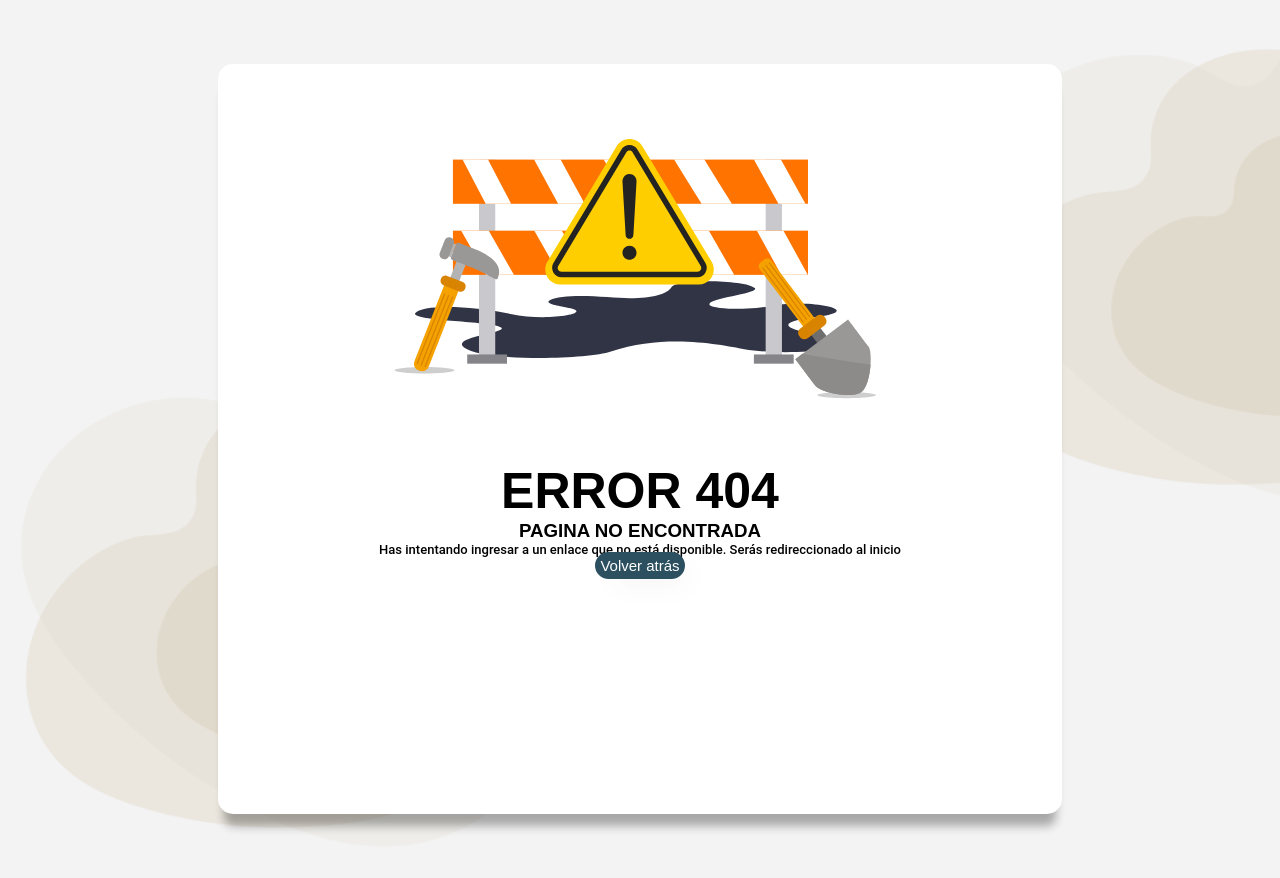
Repository: AlejandraBarrachina23/TPIntegrador_Barrachina_Java
Page: http://localhost/Alejandra_Barrachina_TP_Integrador1/error404.jsp
An editor plug-in stored every save of this project. The page is shown before and after the next save, followed by the edit.
The browser window is 1280 px wide. The pictures show the whole page.
Some web libraries are served in a nearby version. The page is served by Tomcat 9. Nobody is signed in. The application's start-up code is not run. Other server files are loaded and not shown.

Above is the page before, as saved 2019-12-04 22:20:30.

### Alejandra_Barrachina_TP_Integrador1/WebContent/error404.jsp

<%@ page language="java" contentType="text/html; charset=ISO-8859-1"
    pageEncoding="ISO-8859-1"%>
<!DOCTYPE html>
<html>
<head>
<meta charset="ISO-8859-1">

<script src="https://kit.fontawesome.com/735f5623c2.js" crossorigin="anonymous"></script>
<link href="estilos.css" type="text/css" rel=stylesheet>
</head>
<body>

<div id="error-404">
		<img src="img/404.svg" alt="icono-advertencia" class="">
		<h2>ERROR 404</h2>
		<h3>PAGINA NO ENCONTRADA</h3>
		<p>Has intentando ingresar a un enlace que no está disponible. Serás redireccionado al inicio</p>
		<a href="javascript:window.history.back();"> Volver atrás</a>
</div>

<script>



</script>
</body>
</html>

### Alejandra_Barrachina_TP_Integrador1/WebContent/estilos.css
@charset "ISO-8859-1";


* {
	padding:0px;
	margin:0px;
	border:0px;
}

body {
		background-color:#f3f3f3;
		background-image: url(iconos/fondo.png);
		background-repeat: no-repeat;
 		background-size: cover;

}


/*=============================================================
      FORMULARIO LOGIN
 ============================================================== */

 #error-404 {

 	background-color:#fff;
 	width:65;
 	height:750px;;
 	margin	: 5% 17%;
 	box-shadow: 0px 18px 10px -6px rgba(0,0,0,0.31);
 	text-align:center;
 	font-family: 'Francois One', sans-serif;
 	border-radius: 15px;

 }

 #error-404 a{
 	background-color: #2C5060;
	color:white;
	width:35%;
	font-size:15px;
	border-style:none;
	padding:5px;
	border-radius: 15px;
	border: 0px solid #000000;
	box-shadow: 10px 10px 25px -13px rgba(0,0,0,0.75);

 }

  #error-404 img {

  width:70%;

  }

  #error-404 h2 {

  font-size:50px;
  }

 #form-login {

	width:65%;
 	margin	: 5% 17%;

}

#form-login-right, #form-login-left {


	height:750px;
	float:left;
	background-color:#F9FBFC;

}

#form-login-left {

	width:65%;
	border-top-left-radius: 20px;
	border-bottom-left-radius: 20px;
	box-shadow: 0px 18px 10px -6px rgba(0,0,0,0.31);
	opacity:0.9;
}

#form-login-left img {

	width:90%;
	padding	: 10% 5%;

}

#form-login-right {

	width:33%;
	border-top-right-radius: 20px;
	border-bottom-right-radius: 20px;
	box-shadow: 13px 14px 10px -6px rgba(0,0,0,0.31);
	opacity:0.8;

}


h1 {

		font-size:50px;
		font-family: 'Bebas Neue', cursive;
		color:#2C5060;
		margin-top:30%;
		text-align:center;
}

p, #form-login-right a {

	font-family: 'Roboto', sans-serif;
	font-weight: 500;
	font-size: 13px;
	color:black;
	text-align:center;
}

.text-box {

	border-bottom: 1px solid black;
	width:250px;
	text-align: center;
	margin-left:12%;
}

.text-box i {

	float:left;
	color: #2C5060;
	padding:7px;
}

#form-login-right [type="text"], #form-login-right [type="password"]{

	padding:5px;
	width:180px;
	border:none;
	outline:none;
	background-color:#FAFCFD;
	font-family: 'Oswald', sans-serif;

}

.main-button {

	background-color: #2C5060;
	color:white;
	width:35%;
	font-size:15px;
	border-style:none;
	padding:5px;
	border-radius: 15px;
	border: 0px solid #000000;
	box-shadow: 10px 10px 25px -13px rgba(0,0,0,0.75);
	font-family: 'Oswald', sans-serif;
	margin-left: 50%;

}

.main-button:hover {

	background-color: #1a6373;
}

.iconos-redes {

	width:5%;

}


#login-informacion {

	width:90%;
	padding:5%;

}


#login-informacion a{

	font-family: 'Oswald', sans-serif;
	font-size:15px;
	margin-left:48%;
}

#login-contacto{

	margin-top:50%;
	text-align:center;
}


#login-contacto p {

	font-size:18px;
	font-family: 'Oswald', sans-serif;

}

#login-recuperacion{

	padding-top:20%;
	text-align:center;

}

.restart-button{

	background-color: #2C5060;
	color:white;
	width:35%;
	font-size:15px;
	border-style:none;
	padding:5px;
	border-radius: 15px;
	border: 0px solid #000000;
	box-shadow: 10px 10px 25px -13px rgba(0,0,0,0.75);
	font-family: 'Oswald', sans-serif;

}

#form-advertencia {

	width:100%;
	text-align:center;
	margin-top:50%;
	color:#E16C78;
	font-family: 'Oswald', sans-serif;

}

.icono-advertencia{

	margin-top:15%;
	padding:2%;
	width:30%;
	margin: 0 auto;

}

#form-advertencia p {

	color:#E16C78;
	font-size: 15px;
}

.blue{

	color:#30A9E3;
}


 /*=======================
      FORMULARIO INDEX
 ========================= */

 .section-principal{

	float:left;
	height:1100px;
	width:90%;
	background-color:#f3f3f3;
	color:black;
	text-align:center;
	margin-left:10%;
}

.section-principal select {

	font-family: 'Oswald', sans-serif;
	border:1px solid black;
	margin:5px;
	padding:2px;
	color:black;
}

.section-principal input{

	width:15%;
	padding:5px;
	border:1px solid black;
	font-family: 'Oswald', sans-serif;
}

.section-principal label{

	font-size:18px;
	font-family: 'Oswald', sans-serif;

}

.section-principal a{

	color:black;

}


nav {

	background-color:#2C5060;
	font-family: 'Francois One', sans-serif;
	width:10%;
	height:950px;
	font-size:15px;
	float:left;
	position:fixed;

}

 ul {

	list-sytle: none;
	width:100%;
}

a {

	text-decoration:none;
	color:white;

}

li:hover {

	border-left: solid 4px #2896BC;
	background-color: #2F5866;
	transition: background-color 0.3s;
	transition: border 0.3s;

}

ul li {

	border-left: solid 4px #2C5060;
	font-family: 'Oswald', sans-serif;
	padding:15px;
	border-bottom: 1px solid #2D5C6D;


}

.icon{

	width:13%;
	padding-right:5px;

}


#icon-usuario{

	width:40%;
}

li .icon{

	float:left;

}


#user {

	width:100%;
	margin-top:40%;
	text-align:center;
	padding: 10% 0%;
	border-bottom: 1px solid #2D5C6D;

}

#user h2{

	color:#fff;

}

#user p, #header-user p {

	font-size:15px;
	color:#fff;
	padding:8px;
	font-family: 'Oswald', sans-serif;
}

 /*=======================
      FORMULARIO ALUMNOS
 ========================= */


#logo{

	width:30%;
	height:150px;
	border-bottom: 1px solid white;
	color:white;
	text-align:center;
	margin-top:30px;
}

#alumnos-principal {

	background-color:#fff;
	width:83%;
	margin-left: 200px;
	height:300px;
	box-shadow: 10px 10px 25px -13px rgba(0,0,0,0.75);

}

#form-agregar-usuario {

	background-color: white;
	width:95%;
	height:200px;
	margin:20px;
	padding:10px;
	box-shadow: 10px 10px 25px -13px rgba(0,0,0,0.75);
	display: none;


}

#form-listado-alumnos,#form-cursos,#form-listado-calificaciones {

	background-color: white;
	width:97%;
	height:970px;
	margin:20px;
	padding:10px;
	box-shadow: 10px 10px 25px -13px rgba(0,0,0,0.75);

}

#form-cursos{

	background-color:#f3f3f3;
	box-shadow: none;
}

#btn-flecha {

	background-image: url("iconos/flecha.png");
	background-repeat: no-repeat;
	width:25px;
	height:25px;
	background-color:#2C5060;
	border: 0;
	float:right;

}

.dato {

	float:left;
	margin: 10px;
	width:23%;


}

.dato input {

		width: 200px;
		background: #f3f3f3;
		font: inherit;
		box-shadow: 0 6px 10px 0 rgba(0, 0, 0 , .1);
		border: 0;
		outline: 0;
		padding: 8px;

}

.encabezados {

	background-color:#2C5060;
	color:white;
	padding:10px;
	margin:10px;
	font-family: 'Oswald', sans-serif;

}



h3 {

	display:inline;

}

label {

	color:#2C5060;
	font-family: 'Open Sans', sans-serif;
	font-weight: 600;
	font-size: 10px;
}

.flecha {

	float:right;
}

.content-table{

	border-collapse:collapse;
	margin:20px 10px;
	font-size:0.9em;
	width:99%;
	min-width:600px;
	box-shadow: 7px 9px 23px -13px rgba(0,0,0,0.93);
	font-family: 'Roboto', sans-serif;

}

.content-table-cursos{

	border-collapse:collapse;
	margin:20px 10px;
	font-size:0.9em;
	width:50%;
	min-width:600px;
	box-shadow: 7px 9px 23px -13px rgba(0,0,0,0.93);
	font-family: 'Roboto', sans-serif;
}

.content-table th, .content-table-cursos {

	background-color:#2C5060;
	color:white;
	font-weight: 600;
	padding:12px;



}

.content-table tr,
.content-table td {

	padding:5px 5px;

}

.content-table td {

	border-bottom: 1px solid #dddddd;

}

.content-table tr:nth-of-type(even) {

	background-color:#f3f3f3;

}

.content-table tr:last-of-type {

	border-bottom: 3px solid #2C5060;

}

.content-table-cursos .content-fileter{

	width:50%;

}

.content-filter {

	background-color:#f3f3f3;
	width:100%;
	text-align:center;
	padding:10px;


}

.pie-pagina{

	float:left;
	margin-top:20px;
	text-align:right;
	width:100%;
}

 /*=======================
      FORMULARIO ALUMNOS
 ========================= */

#section-index{

	float:left;
	height:900px;
	width:100%;
	margin:1px 1px;
	text-align:center;

}

#index-encabezado{

	background-color:#2C5060;
	text-align:center;
	height:295px;
	width:100%;

}

#section-index img {

	width:50%;

}

#index-descripcion {

	box-shadow: 10px 10px 25px -13px rgba(0,0,0,0.75);
	font-family: 'Roboto', sans-serif;
	background-color:#fff;
}


#index-descripcion-encabezado{

	text-align:center;
	background-color:#fff;

}

#index-descripcion-encabezado img{

	width:50%;

}

#index-descripcion-encabezado h2{

	font-size:50px;
	font-family: 'Francois One', sans-serif;
	color:#2C5060;

}

#index-descripcion-encabezado p{

	font-size:15px;
	font-family: 'Francois One', sans-serif;
	color:#2C5060;

}

#index-descripcion-contenido{

	text-align:center;
	height:430px;
	padding-left:220px;
}

#index-descripcion-contenido-profesores{


	height:430px;
	width:100%;


}

#index-descripcion-contenido-profesores .index-item-descripcion{

	width:18%;
	height:300px;
	float:left;
	margin-left:40%;

}

.index-item-descripcion {

	width:18%;
	height:300px;
	float:left;
	margin:30px;

}

.index-item-descripcion img {

	width:40%;
	padding:0% 20%;
	margin:0% 5%;
}

.index-item-descripcion h3 {

	font-size:25px;
	font-family: 'Oswald', sans-serif;

}

.index-item-descripcion p {

	font-size:15px;

}

.btn-index {

	padding:10px;
	margin:10px 38px;
	background-color: #2C5060;
	font-family: 'Oswald', sans-serif;
	font-size:20px;
	color:#fff;
	width:60%;
	box-shadow: 10px 10px 25px -13px rgba(0,0,0,0.75);
	float:left;
	text-align:center;

}

.modal-fondo {

	background: rgba(0,0,0,0.3);
	position:fixed;
	top:0;
	bottom:0;
	left:0;
	right:0;
	display:flex;
	align-items:center;
	justify-content:center;
	visibility:hidden;

}

.modal-fondo.active{

	visibility:visible;
}

.modal-contenido {

	background-color:#fff;
	box-shadow: 10px 10px 25px -13px rgba(0,0,0,0.75);
	width:20%;
	border: 3px solid #2C5060;
	padding-bottom: 15px;
}

.modal-contenido .btn-modal {

	width:30%;
	color:white;
	background-color: #2C5060;
	font-size:20px;
	padding:5px;
	margin:5px;

}

.modal-contenido [type="text"] {

	width:70%;
	font-size: 13px;
	margin-bottom:15px;

}

.modal-contenido h3 {

	font-size: 20px;
	font-family: 'Oswald', sans-serif;
	background-color:#2C5060;
	display:block;
	color:#fff;
	padding:8px;

}

.modal-contenido label {

	font-size: 15px;
	font-family: 'Roboto', sans-serif;
}

.modal-contenido select, .modal-contenido [type="date"], .modal-contenido [type="email"], .modal-contenido [type="number"] {

	font-family: 'Oswald', sans-serif;
	border:1px solid black;
	margin:5px;
	padding:2px;
	width:74%;
	padding:1%;
	color:black;

}

.modal-contenido [type="date"], .modal-contenido [type="email"], .modal-contenido [type="number"]{

	width:71%;

}

.opciones {

	color:black;
	background-color:#fff;

}

.btnFormulario {

	width:12%;
	padding:10px;
	font-size: 15px;
	font-family: 'Oswald', sans-serif;
	border-radius: 8px;
	background-color:#2C5060;
	color:white;
	float:right;
	border:0;
	margin:8px;
}

td .btn-modificar {

	width:22%;
	height:32px;
	background-image:url(iconos/modificar.png);
	background-repeat: no-repeat;
	border:none;
	background-color:inherit;
}

td .btn-eliminar {

	width:22%;
	height:32px;
	background-image:url(iconos/borrar.png);
	background-repeat: no-repeat;
	border:none;
	background-color:inherit;

}

td .btn-mostrar {

	width:12%;
	height:32px;
	background-color:blue;
	background-image:url(iconos/mostrar.png);
	background-repeat: no-repeat;
	border:none;
	background-color:inherit;
}

td .btn-calificaciones {

	width:12%;
	height:32px;
	background-image:url(iconos/notas.png);
	background-repeat: no-repeat;
	border:none;
	background-color:inherit;
}

/*=============================================================
      FORMULARIO CURSOS
 ============================================================== */

#form-curso-izquierda{

	background-color: #fff;
	width:38%;
	float:left;
	color:black;
	padding:0px 5%;
	box-shadow: 10px 10px 25px -13px rgba(0,0,0,0.75);
}

#form-curso-derecha{

	width:38%;
	float:left;
	box-shadow: 10px 10px 25px -13px rgba(0,0,0,0.75);
	padding:5px 5%;
	margin-left:2%;
	background-color:#fff;

}

#form-curso-izquierda [type="text"], #form-curso-izquierda select{

	padding:5px;
	width:180px;
	background-color:#FAFCFD;
	font-family: 'Roboto', sans-serif;
	font-size: 12px;
	color:black;

}

#form-curso-izquierda label {

	font-size:18px;
	display: block;
	witdh:20px;
}

.form-cursos-encabezado-izquierda{

	background-color: #2C5060;
	width:100%;
	margin: 20px 0px;
	padding:1px;


}

.form-cursos-encabezado-izquierda h2{

	color:white;
	padding:2px;
	font-family: 'Oswald', sans-serif;
}

#form-curso-derecha #listado-alumnos {

	text-align:center;
	width:100%;

}

#form-curso-derecha #listado-alumnos li {

	font-size:15px;
	padding:0;
	width:20%;
	border:none;
	background-color:none;
	margin-left:40%;
	list-style: none;



}

#form-curso-derecha #listado-alumnos li:hover {

	background-color:white;
}

/*=============================================================
      FORMULARIO CALIFICACIONES
 ============================================================== */

.busqueda-califaciones{

	width:98%;
	margin:1%;
	box-shadow: 0px 18px 10px -6px rgba(0,0,0,0.31);
	background-color:#fff;
	padding-bottom:2%;

}

.busqueda-califaciones h2{

	width:99%;
	background-color:blue;
	color:#fff;
	background-color:#2C5060;
	font-family: 'Oswald', sans-serif;
	padding:0.5%;
	margin-bottom:1%;

}

#form-listado-calificaciones h2{

	color:#fff;
	background-color:#2C5060;
	font-family: 'Oswald', sans-serif;
	width:99%;
	padding:0.5%;

}


/*=============================================================
      FORMULARIO REPORTES
 ============================================================== */


#form-reportes{

	background-color: #f3f3f3;
	width:97%;
	height:970px;
	margin:20px;
	padding:10px;

}

#form-reportes-fila-uno{

	width:85%;
	height:250px;
	padding-left: 15%;

}

.fila-uno-items{

	width:15%;
	height:190px;
	float:left;
	margin:1%;
	box-shadow: 0px 18px 10px -6px rgba(0,0,0,0.31);
	background-color:#fff;
	padding:1%;
	border-radius:10px;

}

.fila-uno-items img {

	width:40%;
	padding:3%;


}

.fila-uno-items h2 {

	font-family: 'Oswald', sans-serif;
	font-size:20px;

}

.fila-uno-items p {

	font-size:25px;
	font-family: 'Francois One', sans-serif;
	color:#2C5060;

}

.fila-uno-items-pie{

	padding:2%;
	margin-left:25%;
}

.fila-uno-items-pie img {

	width:12%;
	float:left;
}


.fila-uno-items-pie p {

	font-size:20px;
	float:left;

}

#form-reportes-fila-dos{

	width:100%;
	margin-top:3%;
	height:500px;


}

.form-reportes-graficos{

	width:25%;
	background-color:#fff;
	float:left;
	box-shadow: 0px 18px 10px -6px rgba(0,0,0,0.31);
	margin:3% 1%;
	padding:3%;
	border-radius:5px;
}

.form-reportes-graficos h3 {

	font-family: 'Oswald', sans-serif;
	margin:5%;
}

#form-reportes-fila-dos h2, #form-reportes-fila-tres h2{

	font-family: 'Oswald', sans-serif;
	background-color:#2C5060;
	color:white;
	width:99.5%;
	padding:0.5%;

}

.fila-uno-items-pie{

	border-top: 1px solid #f3f3f3;

}

#form-reportes-fila-tres {

	width:100%;
	heigth:300px;

}

.reporte-fila-tres-promedio{

	width:39%;
	float:left;
	text-align:center;
	margin:0.5%;
	background-color:#fff;
	box-shadow: 0px 18px 10px -6px rgba(0,0,0,0.31);
	padding:0.5% 5%;

}

.reporte-fila-tres-promedio h3{

	font-family: 'Oswald', sans-serif;
}

#form-reportes-fila-tres .content-table {

	width:100%;
	float:left;
	padding:20px;
	margin:3% 6%;

}

.resultado-busqueda{

	width:98%;
	heigth:500px;
	background-color:#fff;
	overflow:hidden;
	margin-left:1%;
}

.resultado-busqueda-asistencias{

	width:98%;
	heigth:500px;
	overflow:hidden;
	margin-left:1%;

}

.tabla-resultado-busqueda{

	width:60%;
	float:left;
	margin: 1% 20%;

}

.resultado-busqueda-asistencias .tabla-resultado-busqueda{

	width:30%;
	float:left;
	margin: 1% 20%;
}


.titulos {

	background-color:#2C5060;
	color:#fff;
	padding:0.5%;
	font-family: 'Oswald', sans-serif;

}

.form-reportes-graficos-asistencias{

	width:30%;
}


.form-reportes-graficos-asistencias h3{

	font-family: 'Oswald', sans-serif;
}

.resultado-busqueda-asistencias .graficos-resultado-busqueda .form-reportes-graficos-asistencias{

	margin-left:35%;
	margin-top:1%;
}

.resultado-busqueda-asistencias .tabla-resultado-busqueda{

	margin-left:32%;
	margin-top:1%;
}

Loaded but not shown: Alejandra_Barrachina_TP_Integrador1/WebContent/img/404.svg (5837 lines, source omitted)

After the next save:
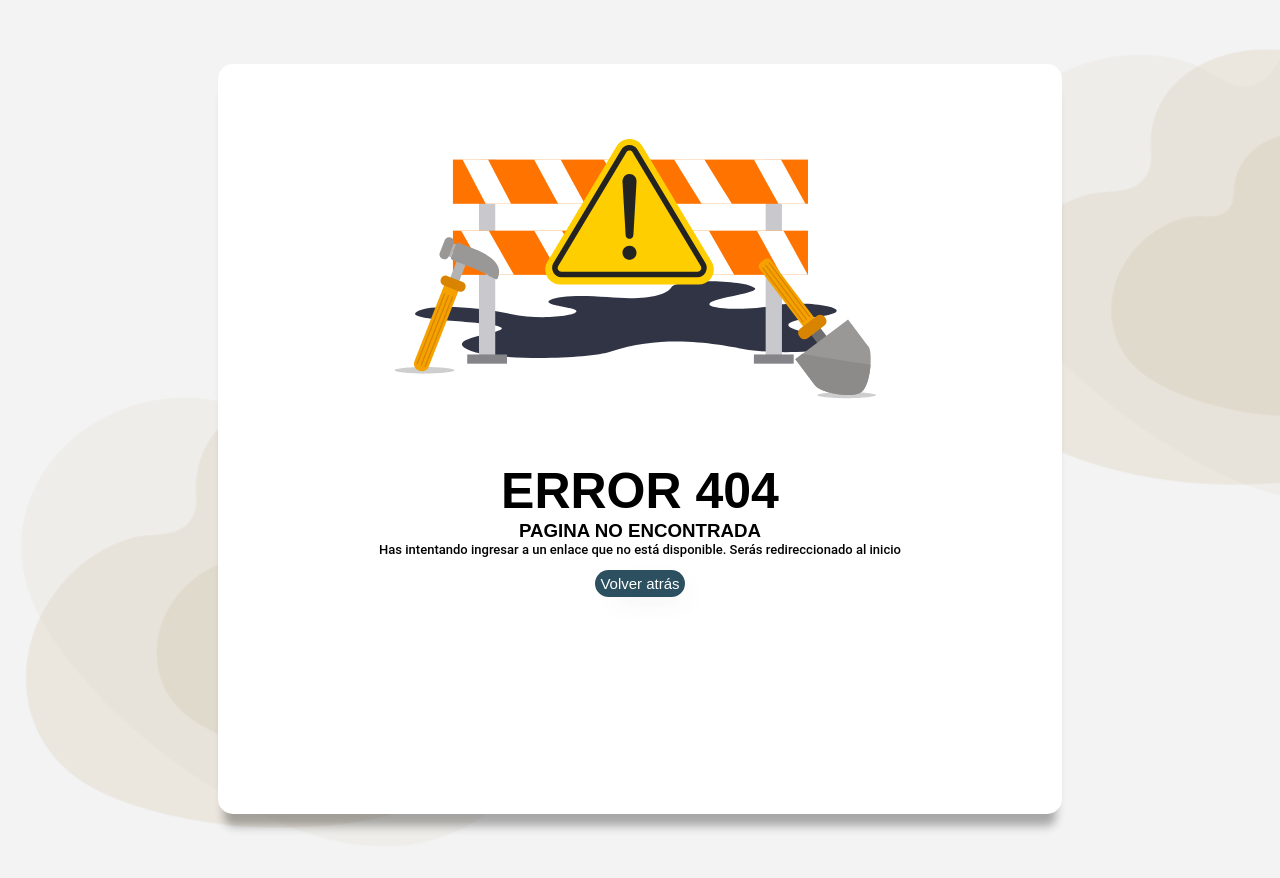
Saved 56 s later.
--- a/Alejandra_Barrachina_TP_Integrador1/WebContent/error404.jsp
+++ b/Alejandra_Barrachina_TP_Integrador1/WebContent/error404.jsp
@@ -15,7 +15,7 @@
 		<img src="img/404.svg" alt="icono-advertencia" class="">
 		<h2>ERROR 404</h2>
 		<h3>PAGINA NO ENCONTRADA</h3>
-		<p>Has intentando ingresar a un enlace que no está disponible. Serás redireccionado al inicio</p>
+		<p>Has intentando ingresar a un enlace que no está disponible. Serás redireccionado al inicio</p><br>
 		<a href="javascript:window.history.back();"> Volver atrás</a>
 </div>
 

After the save that followed:
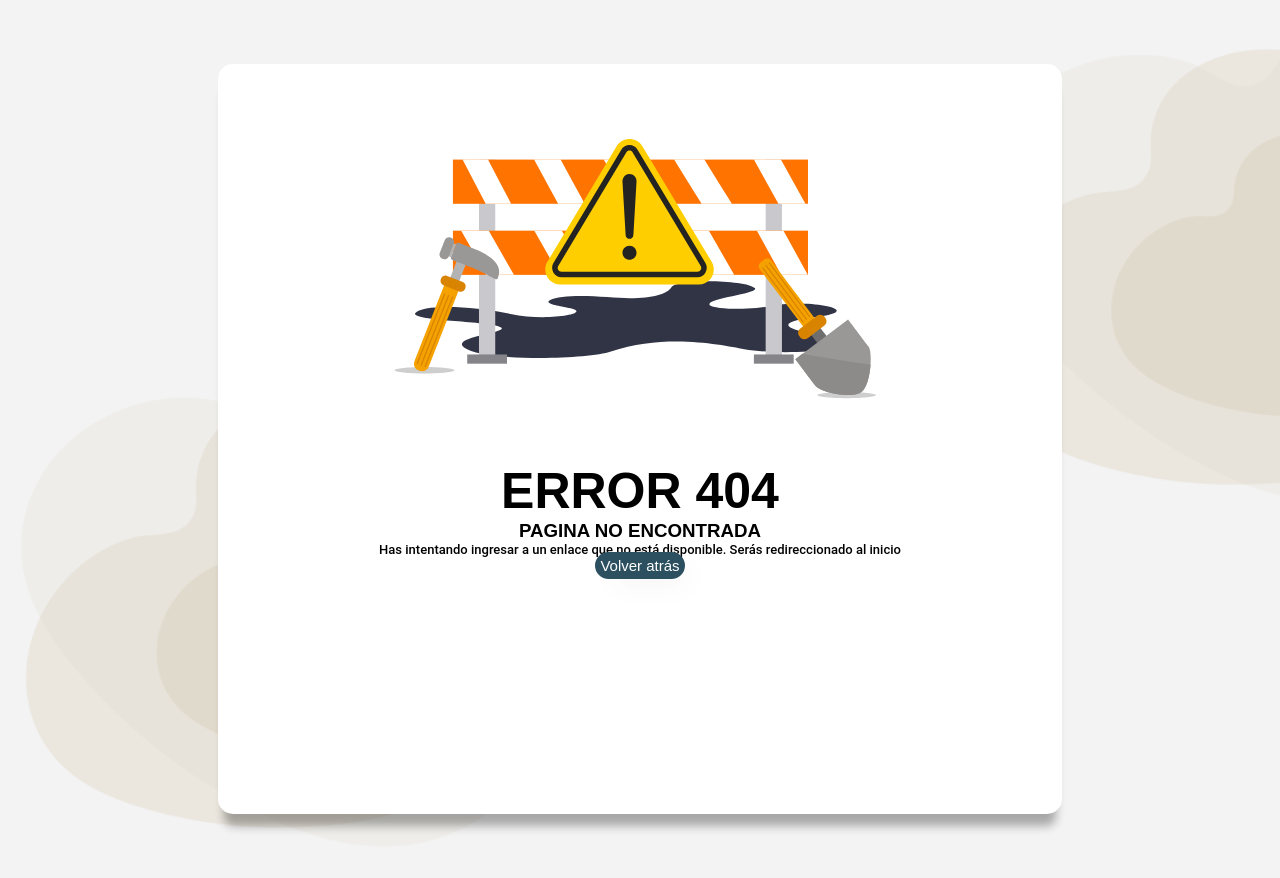
Saved 24 s later.
--- a/Alejandra_Barrachina_TP_Integrador1/WebContent/error404.jsp
+++ b/Alejandra_Barrachina_TP_Integrador1/WebContent/error404.jsp
@@ -15,7 +15,7 @@
 		<img src="img/404.svg" alt="icono-advertencia" class="">
 		<h2>ERROR 404</h2>
 		<h3>PAGINA NO ENCONTRADA</h3>
-		<p>Has intentando ingresar a un enlace que no está disponible. Serás redireccionado al inicio</p><br>
+		<p>Has intentando ingresar a un enlace que no está disponible. Serás redireccionado al inicio</p>
 		<a href="javascript:window.history.back();"> Volver atrás</a>
 </div>
 
